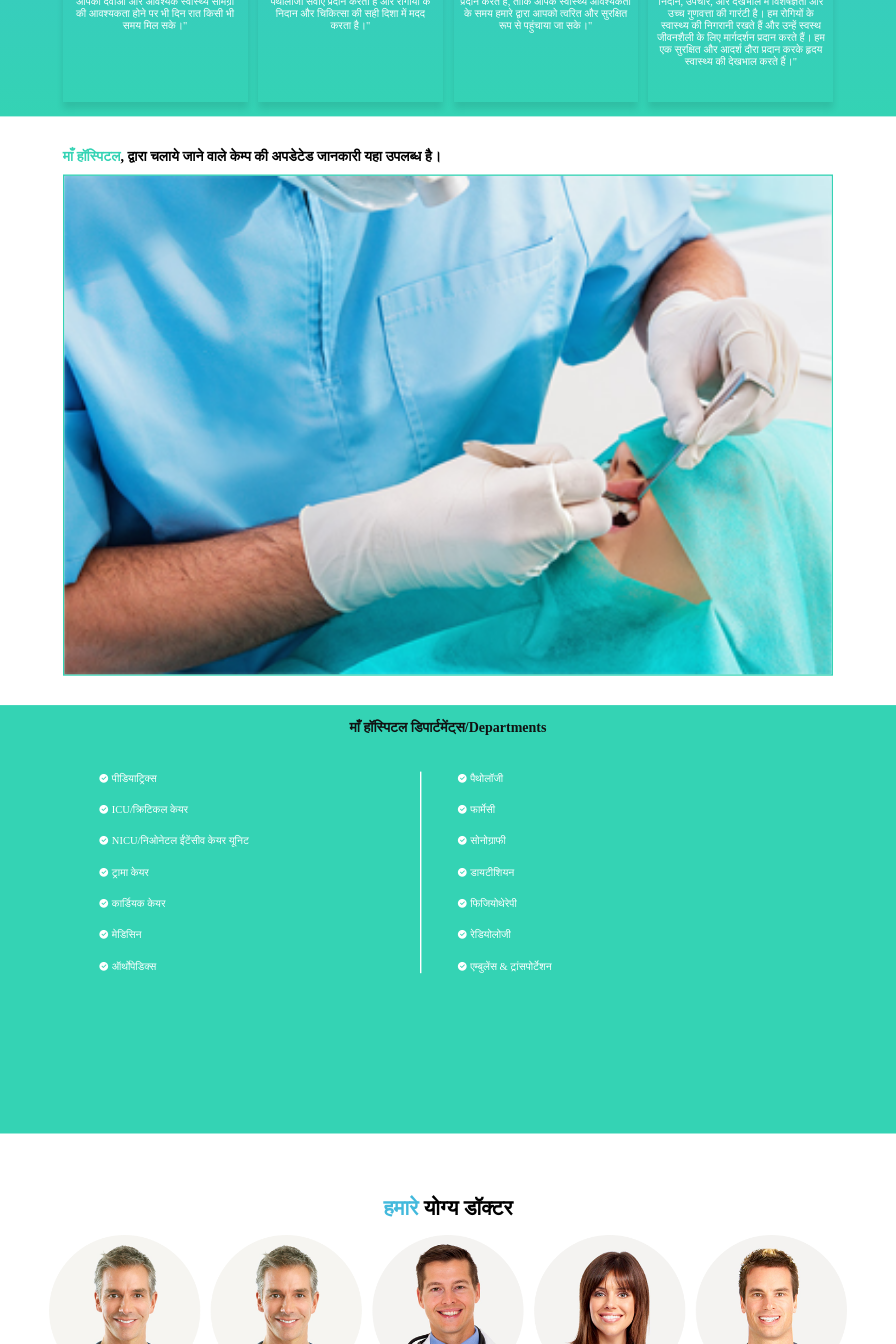
Repository: Aayush919/test
Page: index.html
An editor plug-in stored every save of this project. The page is shown before and after the next save, followed by the edit.
The browser window is 1280 px wide. The pictures show the part of the page from y = 1375 to 3295 px (the page is 4386 px tall before and 4321 px after), at 70% of full size.
Some web libraries are served in a nearby version.

Above is the page before, as saved 2023-10-15 13:27:51.
Console error: TypeError: Cannot read properties of null (reading 'addEventListener')

### index.html
<!DOCTYPE html>
<html lang="en">
<head>
    <meta charset="UTF-8">
    <meta http-equiv="X-UA-Compatible" content="IE=edge">
    <meta name="viewport" content="width=device-width, initial-scale=1.0">
    <link href="https://cdn.jsdelivr.net/npm/remixicon@3.5.0/fonts/remixicon.css" rel="stylesheet">
    <link rel="stylesheet" href="fontawesome-free-5.15.3-web/css/all.min.css">
    <link rel="stylesheet" href="style.css">
</head>
<body>
    <header class="header">
        <a href="#" id="logo"><span>माँ </span> हॉस्पिटल <span id="guna">गुना</span></a>

        <nav class="navbar">
        <a href="#">होम</a>
        <a href="#">अबाउट</a>
        <a href="#">गैलरी</a>
        <a href="#">ब्लॉग</a>
        <a href="#">संपर्क</a>

        </nav>

    <div class="icons">
        <i class="ri-linkedin-fill"></i>
        <i class="ri-whatsapp-fill"> </i>

    </div>

<a href="#" id="menu_bars" class="fas fa-bars"></a>
    </header>

   <div class="container">
       <div class="main-text">
           <h2> हमारे पास आपके लिए सर्वोत्तम चिकित्सा योजना विकल्प हैं !</h2>
           <button>संपर्क</button>
       </div>
   </div>
<!-- services we provide -->
<div class="service-section">
    <h2 id="ourservices">हमारी सर्विसेज</h2>
    <div class="inner-service-section">
        <div class="service-box">
            <img src="./images/opd.png" alt="">
        <h2 >मल्टी-स्पेशिलिटी OPD सर्विसेज</h2>
        <p><span>"माँ हॉस्पिटल गुना</span>, आपके लिए मल्टी-स्पेशियलिस्ट आउटपेशेंट डिपार्टमेंट (OPD) सेवा प्रदान करता है, जहाँ रोगियों को विभिन्न चिकित्सा क्षेत्रों के विशेषज्ञों का साथ एक ही छत के नीचे प्राप्त होता है।"</p>
        </div>
        <div class="service-box">
             <img src="./images/em.png" alt="">
        <h2>24*7 इमरजेंसी सर्विसेज</h2>

        <p>
            <span>"माँ हॉस्पिटल गुना</span>, 24*7 ( इमरजेंसी सर्विसेज ) आपातकालीन सेवाएँ प्रदान करते हैं, यानि हमेशा आपके स्वास्थ्य की देखभाल के लिए तैयार खड़े हैं, चाहे रात या दिन
            के किस भी समय हो।"
     </p>
        </div>
        <div class="service-box">
            <img src="./images/icu.png" alt="">
        <h2>ICU/क्रिटिकल केयर</h2>
        <p><span>"माँ हॉस्पिटल गुना</span>, में ICU और गंभीर देखभाल विभाग उन रोगियों के लिए है जो जीवन संकट की स्थिति में हैं। हम उनके लिए उनकी स्वास्थ्य स्थिति की सख्त निगरानी और उच्च गुणवत्ता वाला उपचार प्रदान करने के लिए समर्पित हैं।"
        </p>
        </div>

        <div class="service-box">
            <img src="./images/nicu.png" alt="">
        <h2>NICU/निओनेटल ईंटेंसीव केयर यूनिट</h2>
        <p><span>"माँ हॉस्पिटल गुना</span>,में NICU एक अलग शिशु चिकित्सा इकाई है, जिसमें अलग से जन्म वाले और बाहर से आए शिशुओं के लिए विशेष सेवाएँ उपलब्ध हैं। हम शिशुओं की स्वास्थ्य स्थिति की देखभाल करने और उनके जीवन को बचाने के लिए सशक्त प्रतिबद्ध हैं।"</p>
        </div>
    </div>


    <div class="inner-service-section">
        <div class="service-box">
            <img src="./images/pharmacy.png" alt="">
        <h2>24*7 फार्मेसी </h2>
        <p>"हम 24*7 फार्मेसी सेवा प्रदान करते हैं, ताकि आपको दवाओं और आवश्यक स्वास्थ्य सामग्री की आवश्यकता होने पर भी दिन रात किसी भी समय मिल सके।"
        </p>
        </div>
        <div class="service-box">
          <img src="./images/pathology.png" alt="">
        <h2>पैथोलॉजी</h2>
        <p>"हमारा पैथोलॉजी लैब उच्च गुणवत्ता वाली पथोलॉजी सेवाएँ प्रदान करता है और रोगीयों के निदान और चिकित्सा की सही दिशा में मदद करता है।"</p>
        </div>
        <div class="service-box">
          <img src="./images/ambulance.png" alt="">
        <h2>24*7 एम्बुलेंस</h2>
        <p>"हम एम्बुलेंस सेवा और यातायात की सुविधा प्रदान करते हैं, ताकि आपके स्वास्थ्य आवश्यकता के समय हमारे द्वारा आपको त्वरित और सुरक्षित रूप से पहुंचाया जा सके।"</p>
        </div>

        <div class="service-box">
       <img src="/images/cardiac.png" alt="">
        <h2>कार्डियक केयर</h2>
        <p>"हमारा कार्डियक केयर विभाग हृदय रोगों के निदान, उपचार, और देखभाल में विशेषज्ञता और उच्च गुणवत्ता की गारंटी है। हम रोगियों के स्वास्थ्य की निगरानी रखते हैं और उन्हें स्वस्थ जीवनशैली के लिए मार्गदर्शन प्रदान करते हैं। हम एक सुरक्षित और आदर्श दौरा प्रदान करके हृदय स्वास्थ्य की देखभाल करते हैं।"</p>
        </div>
    </div>
</div>





<div class="work-section">
    <div class="inner-work-section">
        <h2><span>माँ हॉस्पिटल</span>, द्वारा चलाये जाने वाले केम्प की अपडेटेड जानकारी यहा उपलब्ध है।
        </h2>
        <img src="./images/gallery 1.png" alt="">
        </div>
</div>


<!-- our depart-->
<div class="depart">
    <h1>माँ हॉस्पिटल डिपार्टमेंट्स/Departments</h1>
    <div id="keyservice">
        <div id="bx1">
            <h3><span><i class="ri-checkbox-circle-fill"></i></span><a href="#pg1">पीडियाट्रिक्स</a></h3>
            <h3><span><i class="ri-checkbox-circle-fill"></i></span><a href="#pg2">ICU/क्रिटिकल केयर</a></h3>
            <h3><span><i class="ri-checkbox-circle-fill"></i></span><a href="#pg4">NICU/निओनेटल ईंटेंसीव केयर यूनिट</a></h3>
            <h3><span><i class="ri-checkbox-circle-fill"></i></span><a href="#pg5">ट्रामा केयर </a></h3>
            <h3><span><i class="ri-checkbox-circle-fill"></i></span><a href="#pg6">कार्डियक केयर</a></h3>
            <h3><span><i class="ri-checkbox-circle-fill"></i></span><a href="#pg9">मेडिसिन</a></h3>
            <h3><span><i class="ri-checkbox-circle-fill"></i></span><a href="#pg3">ऑर्थोपेडिक्स</a></h3>

        </div>
        <div id="bx2">
            <h3><span><i class="ri-checkbox-circle-fill"></i></span><a href="#pg8">पैथोलॉजी
            </a></h3>
            <h3><span><i class="ri-checkbox-circle-fill"></i></span><a href="#pg7">फार्मेसी</a></h3>
            <h3><span><i class="ri-checkbox-circle-fill"></i></span><a href="#pg10">सोनोग्राफी</a></h3>
            <h3><span><i class="ri-checkbox-circle-fill"></i></span><a href="#pg11">डायटीशियन</a></h3>
            <h3><span><i class="ri-checkbox-circle-fill"></i></span><a href="#pg12">फिजियोथेरेपी
            </a></h3>
            <h3><span><i class="ri-checkbox-circle-fill"></i></span><a href="#pg13">रेडियोलोजी</a></h3>
            <h3><span><i class="ri-checkbox-circle-fill"></i></span><a href="#pg14">एम्बुलेंस &  ट्रांसपोर्टेशन </a></h3>

        </div>
    </div>
</div>
<!-- our depart ended -->

<!-- our docotor seaction -->
<div class="ourteam-section">
    <h2><span>हमारे </span>योग्य डॉक्टर</h2>
    <div class="ourteam-inner">
        <div class="section-box">
            <img src="images/ourteam1.png" alt="">
            <h3>Dr.Ricky Doe</h3>
            <p>assistant surgeon</p>
            <div class="team-social-links">
                <i class="fab fa-linkedin"></i>
                <i class="fab fa-facebook-f"></i>
                <i class="fab fa-twitter"></i>
            </div>
        </div>
        <div class="section-box">
            <img src="images/ourteam1.png" alt="">
            <h3>Dr.Ricky Doe</h3>
            <p>assistant surgeon</p>
            <div class="team-social-links">
                <i class="fab fa-linkedin"></i>
                <i class="fab fa-facebook-f"></i>
                <i class="fab fa-twitter"></i>
            </div>
        </div>
        <div class="section-box">
            <img src="images/ourteam2.png" alt="">
            <h3>Dr.Ricky Doe</h3>
            <p>assistant surgeon</p>
            <div class="team-social-links">
                <i class="fab fa-linkedin"></i>
                <i class="fab fa-facebook-f"></i>
                <i class="fab fa-twitter"></i>
            </div>
        </div>
        <div class="section-box">
            <img src="images/ourteam3.png" alt="">
            <h3>Dr.Ricky Doe</h3>
            <p>assistant surgeon</p>
            <div class="team-social-links">
                <i class="fab fa-linkedin"></i>
                <i class="fab fa-facebook-f"></i>
                <i class="fab fa-twitter"></i>
            </div>
        </div>
        <div class="section-box">
            <img src="images/ourteam4.png" alt="">
            <h3>Dr.Ricky Doe</h3>
            <p>assistant surgeon</p>
            <div class="team-social-links">
                <i class="fab fa-linkedin"></i>
                <i class="fab fa-facebook-f"></i>
                <i class="fab fa-twitter"></i>
            </div>
        </div>

    </div>

</div>
<!-- our doctor seaction end -->

<!-- gallery sections  -->
<div class="gallery">
    <h1>गैलरी</h1>
    <section class="section-container">
        <div class="product-list-container">
          <div class="product-list" id="productList">
            <!-- Product 1 -->
            <div class="product-card">
              <img src="./images/gel1.JPG" alt="">
            </div>
            <div class="product-card">
                <img src="./images/gel6.JPG" alt="">
              </div>
              <div class="product-card">
                <img src="./images/gel5.JPG" alt="">
              </div>
              <div class="product-card">
                <img src="./images/gel7.JPG" alt="">
              </div>
              <div class="product-card">
                <img src="./images/gel9.JPG" alt="">
              </div>
              <div class="product-card">
                <img src="./images/gel10.JPG" alt="">
              </div>
              <div class="product-card">
                <img src="./images/gel11.JPG" alt="">
              </div>
              <div class="product-card">
                <img src="./images/gel13.JPG" alt="">
              </div>



          </div>
        </div>



    </div>
    </div>
      </section>
</div>
  <!-- gallery section end-->
<!-- creating footer -->

<div class="main-footer">
    <div class="inner-footer">
        <h2>get in touch</h2>
        <a href="#">dummy</a>
        <a href="#">dummy</a>
        <a href="#">dummy</a>
        <a href="#">dummy</a>
        <a href="#">dummy</a>
    </div>

    <div class="inner-footer">
        <h2>quick links</h2>
        <a href="#">dummy</a>
        <a href="#">dummy</a>
        <a href="#">dummy</a>
        <a href="#">dummy</a>
        <a href="#">dummy</a>
    </div>

    <div class="inner-footer">
        <h2>services</h2>
        <a href="#">dummy</a>
        <a href="#">dummy</a>
        <a href="#">dummy</a>
        <a href="#">dummy</a>
        <a href="#">dummy</a>
    </div>
</div>

<script src="https://cdnjs.cloudflare.com/ajax/libs/gsap/3.12.1/gsap.min.js"integrity="sha512-qF6akR/fsZAB4Co1QDDnUXWnaQseLGXoniuSuSlPQK6+aWhlMZcHzkasCSlnWoe+TJuudlka1/IQ01Dnhgq95g=="crossorigin="anonymous" referrerpolicy="no-referrer"></script>
<script src="https://cdnjs.cloudflare.com/ajax/libs/gsap/3.12.2/ScrollTrigger.min.js"integrity="sha512-Ic9xkERjyZ1xgJ5svx3y0u3xrvfT/uPkV99LBwe68xjy/mGtO+4eURHZBW2xW4SZbFrF1Tf090XqB+EVgXnVjw=="crossorigin="anonymous" referrerpolicy="no-referrer"></script>
    <script src="script.js"></script>
</body>
</html>




<!-- <div class="gel">

    <div class="galleryheading">
        <h2>हमारी <span> गैलरी</span></h2>
    </div>
    <div class="gallery">
        <img src="./images/gallery 1.png" alt="">
        <img src="./images/gallery 1.png"  alt="">
        <img src="./images/gallery3.png" alt="">
        <img src="./images/gallery 4.png" alt="">
        <img src="./images/gallery5.png" alt="">
        <img src="./images/gallery6.png" alt="">
        <img src="/images/gallery6.png" alt="">
        <img src="/images/gallery6.png" alt="">
        <img src="/images/gallery6.png" alt="">
    </div>

</div> -->

### style.css
@import url('https://fonts.googleapis.com/css2?family=Roboto:wght@100;300;400;500;700&display=swap');
:root{
    --fontcolor:#43b9dc;
    --backgroundcolor:#34d3b4;
}
*{
    margin: 0;
    padding: 0;
    font-family:gilroy;
    box-sizing: border-box;
    transition: all .2s linear;
    text-transform: capitalize;
    text-decoration: none;
}
html{
    font-size: 62.5%;
    overflow-x: hidden;
    scroll-behavior: smooth;
}
header{
    position: fixed;
    top: 0;
    left: 0;
    right: 0;
    padding: 2rem 7%;
    display: flex;
    justify-content: space-between;
    align-items: center;
    background:white;
    box-shadow: 0 1rem 1rem rgb(0, 0, 0, .1);
    z-index: 10000000;
}
#guna{
    font-size: 15px;

}
header #logo{
    font-size: 3rem;
    color: black;
}
header #logo span{
    color: var(--fontcolor);
}
header .navbar a{
    font-weight: 600;

    font-size: 1.8rem;
    color: var(--fontcolor);
    margin-left: 1.5rem;
}
.icons i{
font-size: 2rem;
color: var(--fontcolor);
margin-left: 1rem;
}
header #menu_bars{
    font-size: 2rem;
    color: var(--fontcolor);
    display: none;
}
header .navbar.active{
    left: 0;
    transition: .5s;
}
.main-image{

    background-repeat: no-repeat;
    background-size: cover;
    background-position: center;
    width: 100%;
    margin-top: 75px;
    height: 100vh;
}
.container{
    background: url("./images/headerimage.jpg");
    width: 100%;
    padding-top: 8.5rem;
    background-position: center;
    background-size: cover;
    background-repeat: no-repeat;
    height: 100vh;
}
.container .main-text{
    width: 50%;
    position: absolute;
    top: 200px;
    padding: 0 2rem;
    text-align: center;
}
.container .main-text h2{
    font-size: 40px;
    color: #fff;
    padding-bottom: 1.5rem;
}
.container .main-text button{
    padding: 1.5rem 3.5rem;
    background: #3FC1D1;
    color: white;
    border: none;
    border-radius:1px;

    font-weight: 700;
}
.service-section{
    padding: 2rem 7%;
    background: linear-gradient(#43b9dc, #34d3b4);
    min-height: 50vh;
}
#ourservices{
    color: #111;
    font-size: 30px;
    padding: 2rem 0;
    text-align: center;
}
.inner-service-section{
    display: flex;
    flex-wrap: wrap;
    gap: 15px;
    justify-content: center;
    text-align: center;
}
.service-box{
    flex: 1 1 200px;
    padding: 5rem 0;
    box-shadow: 0 1rem 1rem rgba(0, 0, 0, .1);
}
.service-box img{
    color: white;
     height: 10rem;
    padding: .5rem 0;
}

.service-box h2{
    color: #fff;
    font-size: 1.8rem;
    padding: 1rem 0;
}
.service-box p{
    color: white;
    font-size: 1.5rem;
    padding: 0 1rem;
}
.work-section{
    padding: 4rem 7%;
    display: grid;
    grid-template-columns: 2fr 1fr;
    justify-content: center;

}
.inner-work-section img{
    width:  110rem;
    border: 2px solid #34d3b4;
    margin-top: 10px;
}
.inner-work-section h2{
    font-size: 2rem;
    padding: .5rem 0;

}
.inner-work-section h2 span{
    color:#34d3b4;

}
.scnclass{
    padding: 0 1rem;
}
.myimages{
    display: grid;
    grid-template-columns: 1fr 1fr;
    padding-top: 1rem;
}
.btn{
    padding: 1rem 3rem;
    background: var(--backgroundcolor);
    border-radius: 15px;
   display: inline-block;
   color: white;
   font-size: 18px;
   margin-top: 5px;
}
.creative-text{
    padding: 2rem 0;
}
.depart{
    background: var(--backgroundcolor);
    min-height: 85vh;
    padding: 2rem 9%;
}
.depart h1{
    color:#111;
    display: flex;
    align-self: center;
    justify-content: center;
    font-size: 2rem;
}

/* .galleryheading{ */
    /* color: #111;
    padding: 2rem 0;
    text-align: center;
    font-size: 20px;
}
.galleryheading span{
    color: var(--fontcolor);
}
.main-gallery .gallery-box{
    flex: 1 1 300px;
}
.main-gallery{
    display: flex;
    flex-wrap: wrap;
    gap: 15px;
}
.gallery-box img{
    width: 100%;
} */
.ourteam-section{
    padding: 7rem;
}
.ourteam-section h2{
    padding: 2rem;
    font-size: 3rem;
    text-align: center;
}
.ourteam-section h2 span{
    color: var(--fontcolor);
}
.ourteam-inner{
    display: flex;
    /* flex-wrap: wrap; */
    text-align: center;
    gap: 15px;
}
.ourteam-inner .section-box{
    flex: 1 1 250px;
}
.ourteam-inner .section-box img{
    width: 100%;
}
.section-box h3{
    padding: 1rem 0;
    font-size: 2rem;
}
.team-social-links i{
    color: var(--fontcolor);
    font-size: 2rem;
    padding:1rem 0;
}
.main-footer{
    display: flex;
    flex-wrap: wrap;
    justify-content: space-between;
    background: #222;
    padding: 2rem 9%;
    /* height: 70vh; */
}
.inner-footer{
    flex: 1 1 200px;
}
.inner-footer h2{
    color: white;
    font-size: 2rem;
    padding: 2rem 0;
}
.inner-footer a{
    display: block;

    color: white;
    font-size: 1.5rem;
    padding: 1rem;
}












@media (max-width:768px) {
    html{
        font-size: 50%;
    }
    header #menu_bars{
        display: initial;
    }

    header .navbar{
        position: absolute;
        top: 100%;
        left: 100%;
        right: 0;
        background: var(--backgroundcolor);
        height: 100vh;
        text-align: center;

    }
    header .navbar a{
        display: block;

        background: white;
        margin-top: 1rem;
        padding: 2rem;
        width: 90%;
        border-radius: 10px;
    }
    .container .main-text{
        width: 70%;
        padding: 0 ;
    }
   .work-section{
       display: grid;
       grid-template-columns: 1fr;

   }
   .myimages img{
       width: 100%;
   }
   .btn{
       display: block;
   }
   .inner-work-section h2{
    font-size:1.2rem;
   display: flex;
   flex-wrap: wrap;
   align-self:center;
   justify-content: center;
}

.depart{
    background: var(--backgroundcolor);
    min-height:65vh;
    padding: 2rem 9%;
}

.depart h1{
    color:#111;
    display: flex;
    align-self: center;
    justify-content: center;
    font-size: 1.9rem;
}
.ourteam-inner{
    display: flex;
    flex-wrap: wrap;
    text-align: center;
    gap: 15px;
}
.ourteam-section h2{
    padding: 2rem;
    font-size: 2.7rem;
    text-align: center;
}
}

/*
.gallery{
    display: grid;
    grid-template-columns: repeat(3, 1fr);
    gap: 1vh;
    margin-inline: auto;
    max-width: 70rem;

    background: #141414;
    background: var(--backgroundcolor);
    padding: 1vh;
}

 .gallery > img{
    width: 100%;
    aspect-ratio: 1 / 1;
    object-fit: cover;
    transition: all 0.3s ease;
    border-radius:2px;

}

.gallery:has(img:hover) img:not(:hover) {
    scale: 0.8;
    opacity: 0.5;
    filter: grayscale(70%);
}
 */


#keyservice {
    padding-top: 4vw;
    padding-left: 2vw;
    font-family: g-r;
    /* background-color: crimson; */
    height: 55vh;
    display: flex;
    justify-content: space-between;
}

#keyservice h3 {
    color: #ffffff;
    display: flex;
    cursor: pointer;
    font-family: g-r;
    font-weight: 300;
    font-size: 1.5rem;

     line-height: 2rem;

}

#keyservice h3:hover {
    color: yellow;
    font-weight: 500;
}

#keyservice h3 span {
    color: #ffffff;
    margin-right: 4px;
}

#keyservice h3 a {
    text-decoration: none;
    color: #fff;
}

#keyservice h3 a:hover {
    color: yellow;
}

#bx1 {
    /* background-color: #77b9d7; */
    height: 40vh;
    display: flex;
    flex-direction: column;
    justify-content: space-between;
    width: 45%;
    border-right: 2px solid white;
}

#bx2 {
    height: 40vh;
    display: flex;
    flex-direction: column;
    justify-content: space-between;
    /* height: 25.5vh; */
    width: 50%;
    /* background-color: #9477d7; */
}

section-container {
    min-height: 100vh;
    /* background: #34d3b4; */
    margin: auto;
    /* padding: 20px; */
    display: flex;
    align-items: center; /* Align the scroll icon vertically */
    /* margin-top: 40px; */
  }

  .product-list-container {
    position: relative;
    overflow-x: auto;
    white-space: nowrap;
    scrollbar-width: thin;
    scrollbar-color: #333 #ccc;
    cursor: pointer;
  }

  .product-list {
    display: flex;
    flex-direction: row;
  }

  .product-card {
    position: relative;
    flex: 0 0 auto;
      width:300px;
      height: 300px;
    margin: 15px;
    padding: 20px;
    box-shadow: 0 4px 8px rgba(0, 0, 0, 0.2);
    border-radius: 8px;
        background: #fff;
  }


.product-card img{
    width: 100%;
    height: 100%;
}

  /* Style scrollbar for Chrome, Safari, and Opera */
  .product-list-container::-webkit-scrollbar {
    width: 5px;
    height: 5px;
  }

  .product-list-container::-webkit-scrollbar-thumb {
    background: #333;
  }

  .product-list-container::-webkit-scrollbar-thumb:hover {
    background:#34d3b4;
  }

  .gallery{
    min-height: 80vh;
    background-color:#34d3b4;
    padding: .5rem;

  }

  .gallery h1{
    display: flex;
    align-self:center;
    justify-content: center;
    font-size: 2rem;
    margin-bottom: 2rem;
    margin-top: 2rem;
  }



  @media screen and (max-width: 600px) {
    .product-card {
      width: 90%;
      margin: 10px;
    }
  }

### script.js
let menubtn =document.querySelector('#menu_bars');
let mynav =document.querySelector('.navbar');

menubtn.onclick = () =>{
    menubtn.classList.toggle('fa-times');
    mynav.classList.toggle('active');
}


var ts = document.querySelector('#testimonialsSlide');
var psd= document.querySelector('#pointsliderdiv');
let countTS = 0;
let psdCnt =0;
document.querySelector("#buttonsss1").addEventListener('click',function(){


    psdCnt -=14
    if(psdCnt === -14){
        psdEnd()
    }
    psd.style.left= psdCnt + '%';

    countTS += 100;
    if(countTS === 100){
        TreachStart();
    }
    ts.style.left = countTS + 'vw';
})

document.querySelector("#buttonsss2").addEventListener('click',function(){


    psdCnt +=14
    if(psdCnt === 98){
        psdStart()
    }
    psd.style.left = psdCnt + '%';


    countTS -= 100;
    if(countTS === -700){
        TreachEnd();
    }
    ts.style.left = countTS + 'vw';
})

function psdEnd(){
    psdCnt = 84;
}
function psdStart(){
    psdCnt = 0;
}

function TreachEnd(){
    countTS = 0;
}
function TreachStart(){
    countTS = -600;
}

function movingTestimonials(){
    document.querySelector("#buttonsss2").click();
}

setInterval(movingTestimonials,7000);



document.addEventListener("DOMContentLoaded", function() {
    const scrollRight = document.getElementById("scrollRight");
    const productListContainer = document.querySelector(".product-list-container");

    console.log("Initial Scroll Left:", productListContainer.scrollLeft);

    scrollRight.addEventListener("click", function() {
      console.log("Clicked!");
      productListContainer.scrollBy({
        top: 0,
        left: 620,
        behavior: 'smooth'
      });
      console.log("Scroll Left After:", productListContainer.scrollLeft);
    });
  });

Loaded but not shown: fontawesome-free-5.15.3-web/css/all.min.css (library)

After the next save:
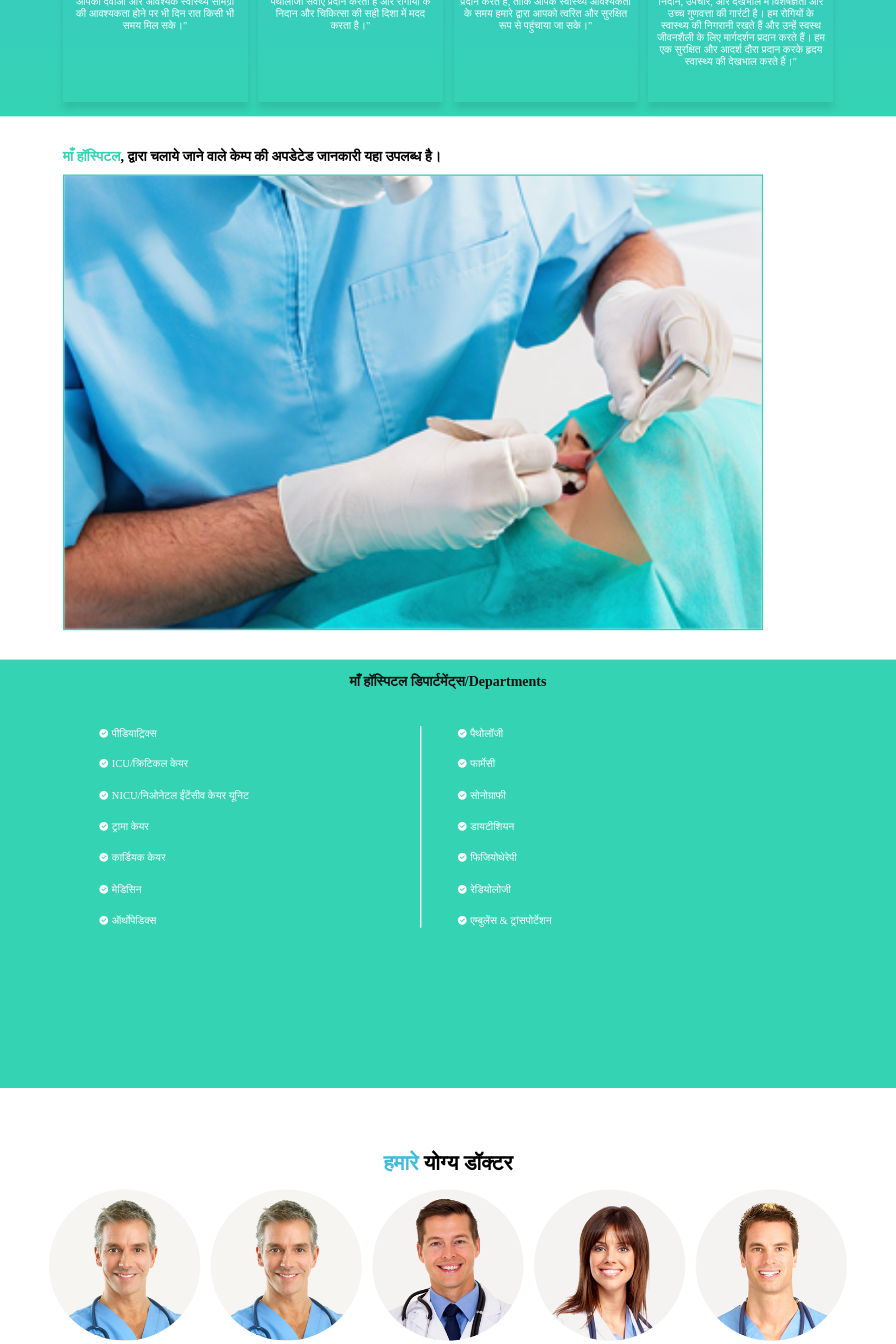
Saved 16 s later.
--- a/style.css
+++ b/style.css
@@ -148,7 +148,7 @@ header .navbar.active{
 
 }
 .inner-work-section img{
-    width:  110rem;
+    width:  100rem;
     border: 2px solid #34d3b4;
     margin-top: 10px;
 }
